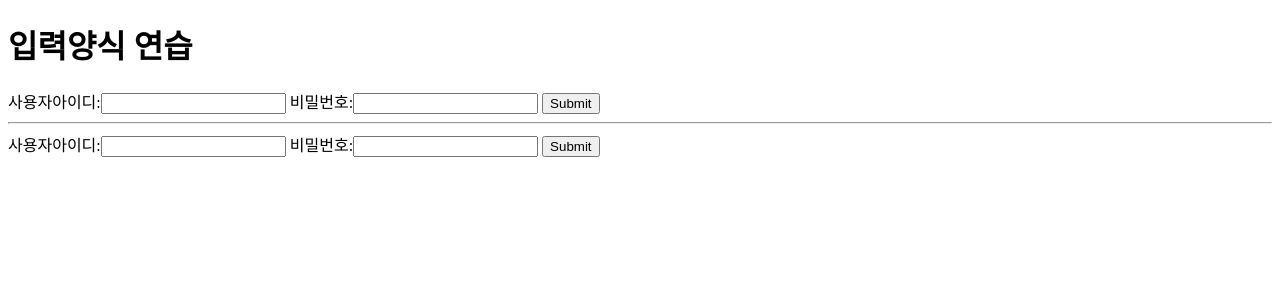
Repository: 753kg/753kg.github.io
Page: KOSTA/webProject/WebContent/00day2/inputSample1.html
An editor plug-in stored every save of this project. The page is shown before and after the next save, followed by the edit.
The browser window is 1280 px wide. The pictures show the whole page.

Above is the page before, as saved 2021-03-30 00:32:47.

### KOSTA/webProject/WebContent/00day2/inputSample1.html
<!DOCTYPE html>
<html>
<head>
<meta charset="UTF-8">
<title>Insert title here</title>
</head>
<body>
<h1>입력양식 연습</h1>
<!-- form에 감싸져 있어야만 서버로 submit이 됨 -->
<form action="register.jsp" method="get" enctype="application/x-www-form-urlencoded">
	사용자아이디:<input type="text" name="userid">
	비밀번호:<input type="password" name="userpass">
	<input type="submit">
</form>

<!--
get 방식 : 주소창에 입력 정보(id, pw)가 서버로 전송되는 것이 보인다.
		 form 태그에 method="get" 또는 생략
		  주소창에 직접 입력해도 get방식
		 a 태그를 이용해서 href 속성으로 link거는 경우도 get방식
post 방식 : 주소창에 입력 정보가 서버로 전송되는 것이 안보인다. (숨긴다)
  		     요청문서의 body부분에 숨겨서 보낸다.
  		  form 태그에 method="post"
 -->

<hr>
<form action="register.jsp" method="post">
	사용자아이디:<input type="text" name="userid">
	비밀번호:<input type="password" name="userpass">
	<input type="submit">
</form>
</body>
</html>

After the next save:
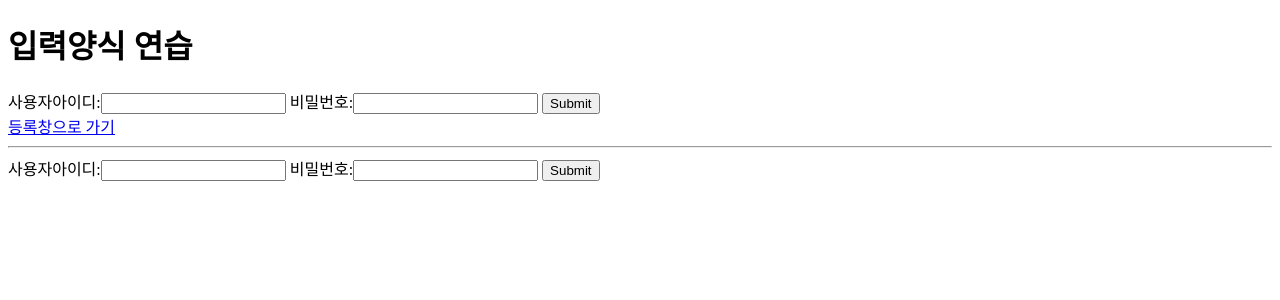
Saved 33 s later.
--- a/KOSTA/webProject/WebContent/00day2/inputSample1.html
+++ b/KOSTA/webProject/WebContent/00day2/inputSample1.html
@@ -12,6 +12,8 @@
 	비밀번호:<input type="password" name="userpass">
 	<input type="submit">
 </form>
+
+<a href="register.jsp">등록창으로 가기</a>
 
 <!--
 get 방식 : 주소창에 입력 정보(id, pw)가 서버로 전송되는 것이 보인다.
